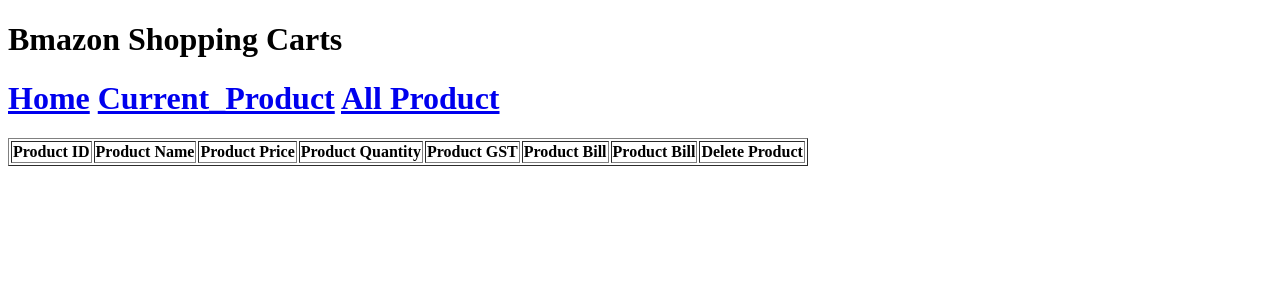
Repository: shivendra05/WebService_SpringRest
Page: http://localhost/23_MVC_JPA/WEB-INF/views/usersData.jsp
An editor plug-in stored every save of this project. The page is shown before and after the next save, followed by the edit.
The browser window is 1280 px wide. The pictures show the whole page.
The page is served by Tomcat 9. Nobody is signed in. The template is opened directly, without the code that normally fills it, so the values that code supplies are empty.

Above is the page before, as saved 2021-12-07 16:21:08.

After the next save:
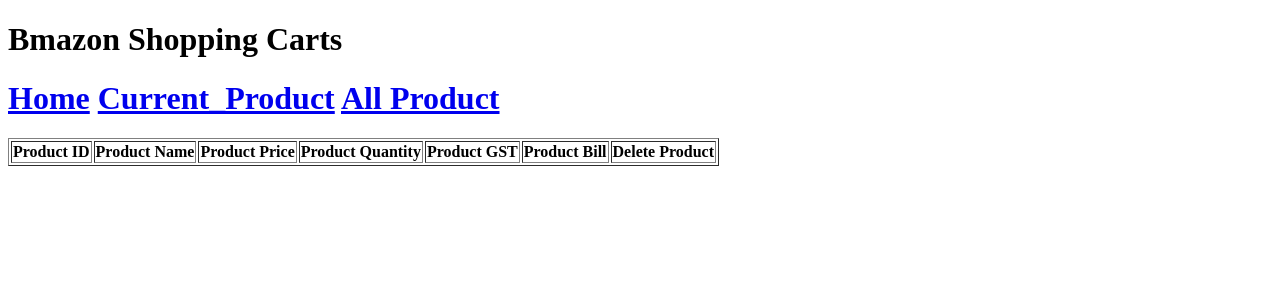
Saved 21 s later.
--- a/SpringBoot@7AM/23_MVC_JPA/src/main/webapp/WEB-INF/views/usersData.jsp
+++ b/SpringBoot@7AM/23_MVC_JPA/src/main/webapp/WEB-INF/views/usersData.jsp
@@ -25,7 +25,7 @@
 			<th>Product Quantity</th>
 			<th>Product GST</th>
 			<th>Product Bill</th>
-			<th>Product Bill</th>
+
 			<th>Delete Product</th>
 		</tr>
 		<c:forEach items="${prodList}" var="list">
